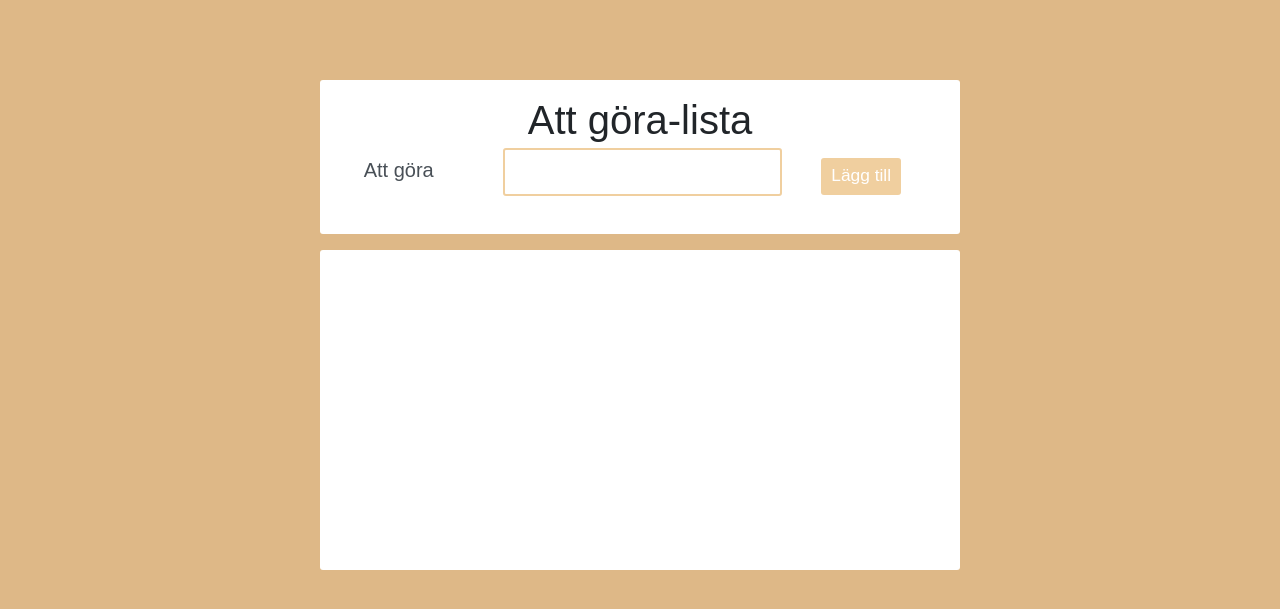
Repository: skepp4rn/todolist
Page: index.html
The author's editor kept a copy of each file at every save. The page is drawn from the files as they stood at one save, then again after the next save.
The browser window is 1280 px wide. The pictures show the whole page.
The page's requests for data from a server got no answer. Some web libraries are served in a nearby version.

Above is the page before, as saved 2021-01-29 09:25:35.

After the next save:
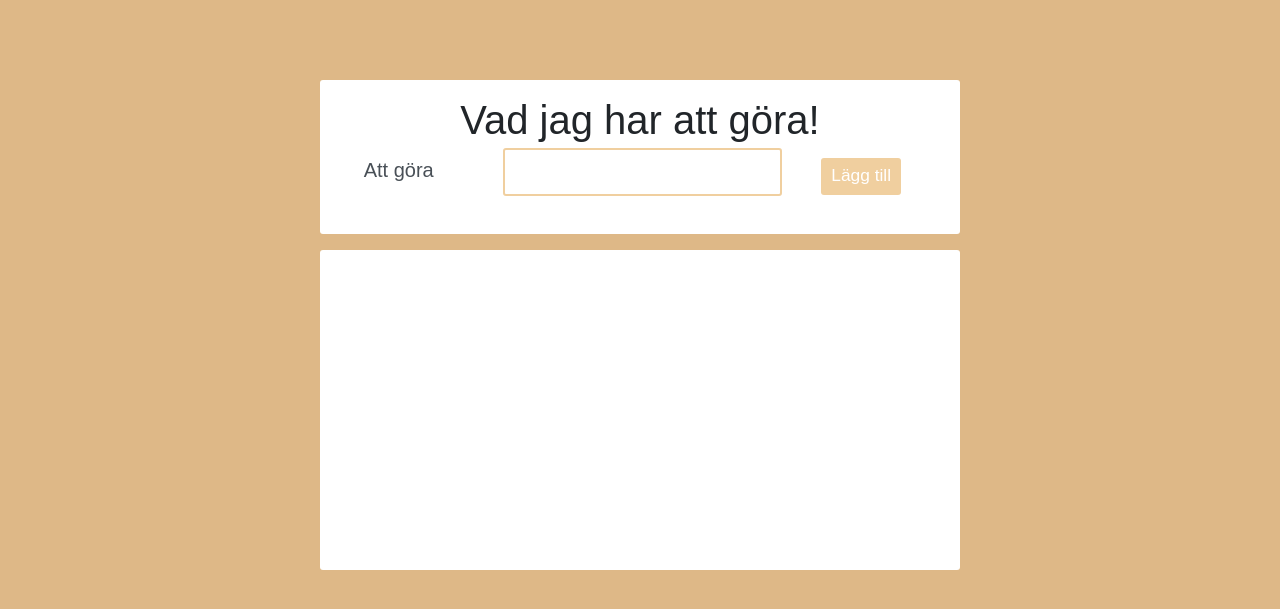
Saved 18 s later.
--- a/index.html
+++ b/index.html
@@ -12,7 +12,7 @@
 <body>
     <div class="container">
         <div id="header">
-            <h1>Att göra-lista</h1>
+            <h1>Vad jag har att göra!</h1>
         </div>
 
         <form class="form" id="form">
